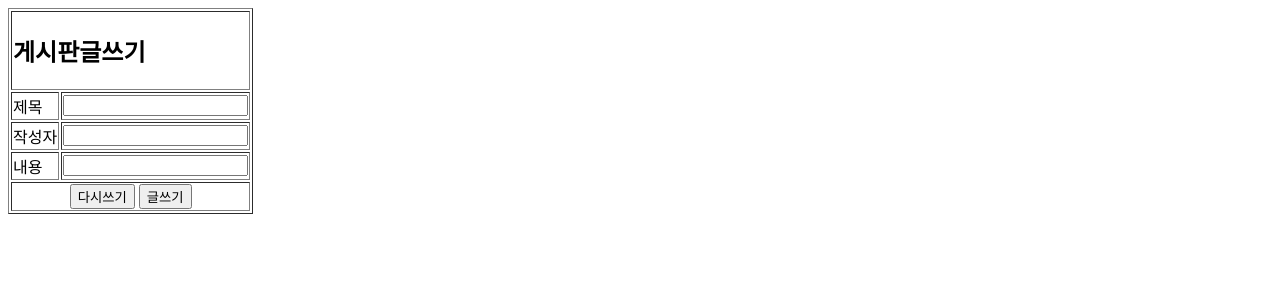
Repository: back-seung/academy
Page: http://localhost/SpringDay01/bbsInputForm
An editor plug-in stored every save of this project. The page is shown before and after the next save, followed by the edit.
The browser window is 1280 px wide. The pictures show the whole page.
The page is served by Tomcat 9.

Above is the page before, as saved 2021-11-22 06:59:22.

After the next save:
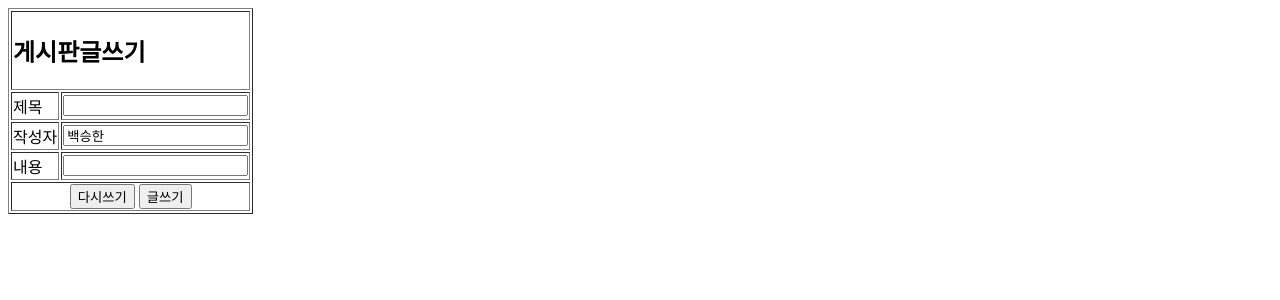
Saved 20 s later.
--- a/SpringDay01/src/main/webapp/WEB-INF/views/bbsInput.jsp
+++ b/SpringDay01/src/main/webapp/WEB-INF/views/bbsInput.jsp
@@ -21,7 +21,7 @@
 			</tr>
 			<tr>
 				<td>작성자</td>
-				<td><input id="author" type="text" name="" /></td>
+				<td><input id="author" type="text" name="" value="백승한"/></td>
 			</tr>
 			<tr>
 				<td>내용</td>
